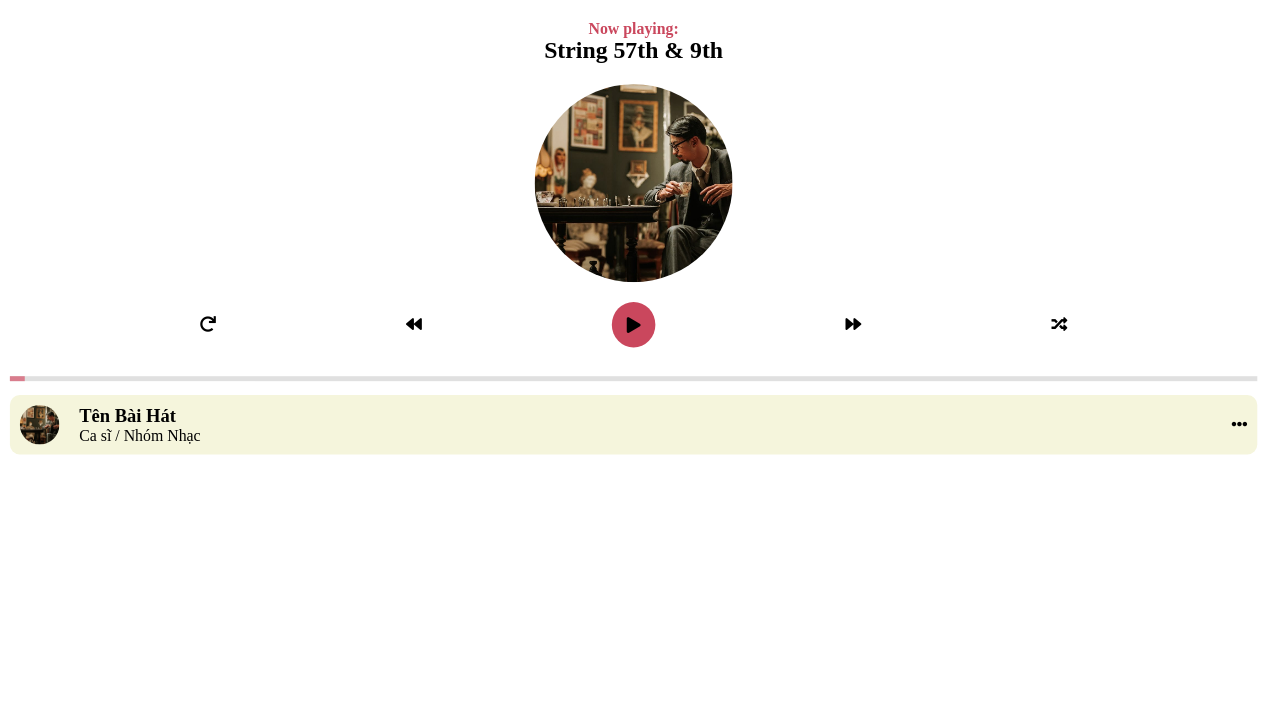
Repository: dovanthao2404/AppMusicPlayer
Page: index.html
An editor plug-in stored every save of this project. The page is shown before and after the next save, followed by the edit.
The browser window is 1280 px wide. The pictures show the whole page, at 99% of full size.

Above is the page before, as saved 2021-06-28 10:47:42.

After the next save:
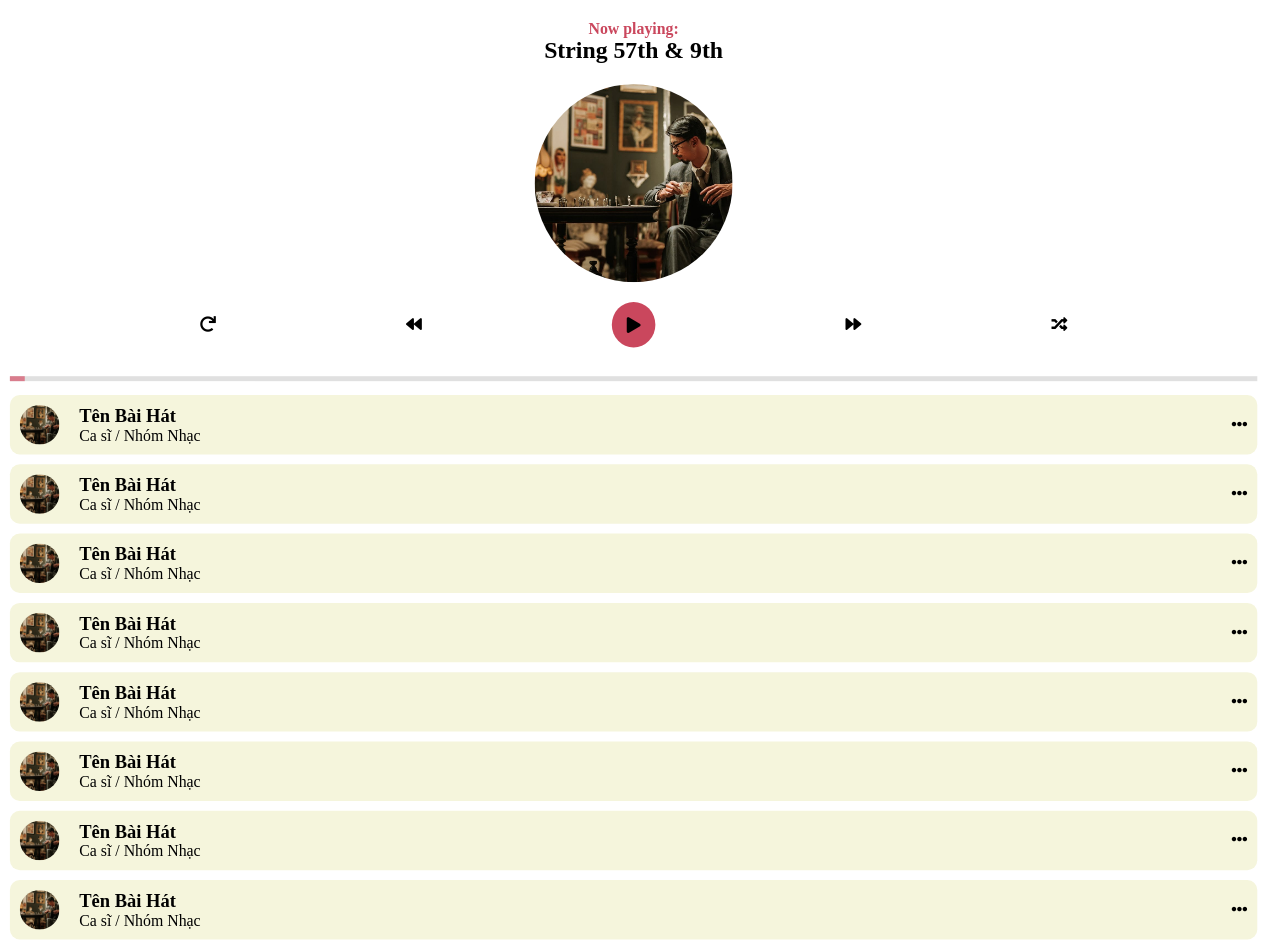
Saved 35 s later.
--- a/index.html
+++ b/index.html
@@ -69,6 +69,90 @@
             <i class="fa fa-ellipsis-h"></i>
           </div>
         </div>
+        <div class="song">
+          <div class="thumb">
+            <img src="./img/loinho.jpg" alt="">
+          </div>
+          <div class="body">
+            <h3 class="title">Tên Bài Hát</h3>
+            <p class="author">Ca sĩ / Nhóm Nhạc</p>
+          </div>
+          <div class="option">
+            <i class="fa fa-ellipsis-h"></i>
+          </div>
+        </div>
+        <div class="song">
+          <div class="thumb">
+            <img src="./img/loinho.jpg" alt="">
+          </div>
+          <div class="body">
+            <h3 class="title">Tên Bài Hát</h3>
+            <p class="author">Ca sĩ / Nhóm Nhạc</p>
+          </div>
+          <div class="option">
+            <i class="fa fa-ellipsis-h"></i>
+          </div>
+        </div>
+        <div class="song">
+          <div class="thumb">
+            <img src="./img/loinho.jpg" alt="">
+          </div>
+          <div class="body">
+            <h3 class="title">Tên Bài Hát</h3>
+            <p class="author">Ca sĩ / Nhóm Nhạc</p>
+          </div>
+          <div class="option">
+            <i class="fa fa-ellipsis-h"></i>
+          </div>
+        </div>
+        <div class="song">
+          <div class="thumb">
+            <img src="./img/loinho.jpg" alt="">
+          </div>
+          <div class="body">
+            <h3 class="title">Tên Bài Hát</h3>
+            <p class="author">Ca sĩ / Nhóm Nhạc</p>
+          </div>
+          <div class="option">
+            <i class="fa fa-ellipsis-h"></i>
+          </div>
+        </div>
+        <div class="song">
+          <div class="thumb">
+            <img src="./img/loinho.jpg" alt="">
+          </div>
+          <div class="body">
+            <h3 class="title">Tên Bài Hát</h3>
+            <p class="author">Ca sĩ / Nhóm Nhạc</p>
+          </div>
+          <div class="option">
+            <i class="fa fa-ellipsis-h"></i>
+          </div>
+        </div>
+        <div class="song">
+          <div class="thumb">
+            <img src="./img/loinho.jpg" alt="">
+          </div>
+          <div class="body">
+            <h3 class="title">Tên Bài Hát</h3>
+            <p class="author">Ca sĩ / Nhóm Nhạc</p>
+          </div>
+          <div class="option">
+            <i class="fa fa-ellipsis-h"></i>
+          </div>
+        </div>
+        <div class="song">
+          <div class="thumb">
+            <img src="./img/loinho.jpg" alt="">
+          </div>
+          <div class="body">
+            <h3 class="title">Tên Bài Hát</h3>
+            <p class="author">Ca sĩ / Nhóm Nhạc</p>
+          </div>
+          <div class="option">
+            <i class="fa fa-ellipsis-h"></i>
+          </div>
+        </div>
       </div>
     </div>
   </div>
